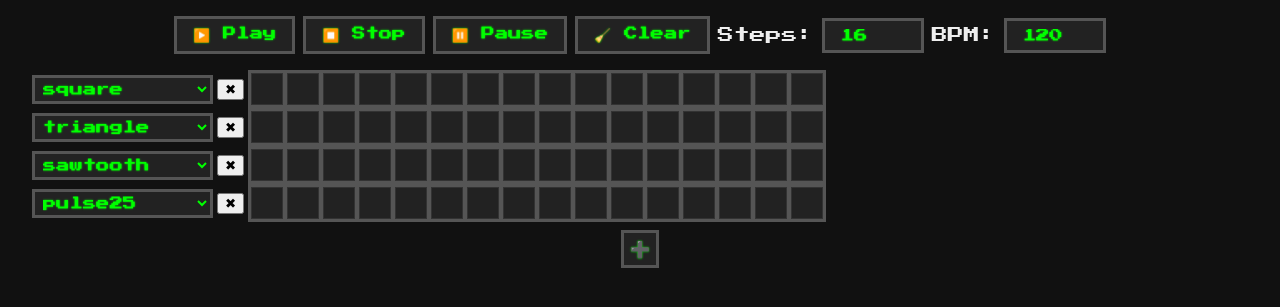
Repository: Aldentec/8-bit-Composer
Page: index.html
An editor plug-in stored every save of this project. The page is shown before and after the next save, followed by the edit.
The browser window is 1280 px wide. The pictures show the whole page.
Some web libraries are served in a nearby version.

Above is the page before, as saved 2025-05-28 15:52:41.

### index.html
<!DOCTYPE html>
<html lang="en">
<head>
  <meta charset="UTF-8">
  <title>8-Bit Composer</title>
  <link rel="stylesheet" href="style.css">
</head>
<body>
    <div id="controls">
        <button id="play">▶️ Play</button>
        <button id="stop">⏹️ Stop</button>
        <button id="pause">⏸️ Pause</button>
        <button id="clear">🧹 Clear</button>

        <label for="steps-input">Steps:</label>
        <input id="steps-input" type="number" min="1" value="16" style="width:4rem;">

        <label for="bpm-input">BPM:</label>
        <input id="bpm-input" type="number" min="1" max="300" value="120" style="width:4rem;">
    </div>

  <div id="grid"></div>

  <!-- Tone.js as global, then our modules -->
  <script src="node_modules/tone/build/Tone.js"></script>
  <script type="module" src="js/main.js"></script>
</body>
</html>

### style.css
/* ------------------------------
   Retro 8-Bit Theme
   ------------------------------ */

/* Use a pixel-style font; include via Google Fonts or host locally */
@import url('https://fonts.googleapis.com/css2?family=Press+Start+2P&display=swap');

body {
  background: #111 url('data:[embedded picture, 57 characters]' /* tiny noise */) repeat;
  color: #eee;
  font-family: 'Press Start 2P', monospace;
  margin: 1rem;
  text-align: center;
}

/* Controls bar */
#controls {
  display: flex;
  flex-wrap: wrap;
  gap: 0.5rem;
  justify-content: center;
  align-items: center;
  margin-bottom: 1rem;
}
#controls button,
#controls input,
#controls select {
  background: #222;
  border: 3px solid #555;
  border-radius: 0;
  padding: 0.5rem 1rem;
  font-family: inherit;
  color: #0f0;
  text-shadow: 0 0 2px #0f0;
  cursor: pointer;
}
#controls button:hover,
#controls input:hover,
#controls select:hover {
  background: #333;
  border-color: #0f0;
}

#controls button {
  background: #222;
  border: 3px solid #555;
  color: #0f0;
  font-family: inherit;
  padding: 0.5rem 1rem;
  cursor: pointer;
  transition: background 0.1s, border-color 0.1s;
}

/* Active state */
#controls button.active {
  background: #0f0;
  border-color: #0f0;
  color: #000;
  box-shadow: inset 0 0 5px #0f0;
}

/* Note picker */
#note-picker-container {
  margin-bottom: 1rem;
}
#note-picker-container select {
  width: auto;
  background: #222;
  border: 3px solid #555;
  color: #0f0;
  text-shadow: 0 0 2px #0f0;
}

/* Grid container */
#grid {
  width: 100%;
  max-width: 100%;
  overflow-x: auto;          /* horizontal scroll if needed */
  box-sizing: border-box;
  padding: 0 1rem;           /* optional padding so cells don’t butt the viewport */
  margin: 0 auto;
}

/* Each row: dropdown + cells */
.grid-row {
  display: grid;
  width: max-content;        /* only as wide as its cells */
  column-gap: 4px;
  align-items: center;
  grid-auto-flow: column;    /* you already set grid-template-columns inline */
}

/* Instrument dropdown */
.instrument-select {
  background: #222;
  border: 3px solid #555;
  font-family: inherit;
  color: #0f0;
  text-shadow: 0 0 2px #0f0;
  padding: 4px;
}

/* Sequencer cell */
.cell {
  width: 2rem;
  height: 2rem;
  background: #222;
  border: 3px solid #555;
  box-shadow: inset 0 0 0 1px #333;
  cursor: pointer;

  /* pixelated text & alignment */
  display: flex;
  align-items: center;
  justify-content: center;
  font-size: 0.6rem;
  line-height: 1rem;
  font-family: inherit;
  color: #0f0;
  text-shadow: 0 0 1px #0f0;
  user-select: none;
}
.cell.active {
  background: #000;
  border-color: #0f0;
  box-shadow: inset 0 0 0 2px #0f0;
}
.cell:hover {
  border-color: #0f0;
}

/* Add-row button */
.add-row {
  width: 2rem;
  height: 2rem;
  margin: 0.5rem auto 0;
  background: #222;
  border: 3px solid #555;
  color: #0f0;
  text-shadow: 0 0 2px #0f0;
  display: flex;
  align-items: center;
  justify-content: center;
  cursor: pointer;
}
.add-row:hover {
  background: #000;
  border-color: #0f0;
}

/* Scrollbar styling for webkit */
#grid::-webkit-scrollbar {
  height: 8px;
}
#grid::-webkit-scrollbar-track {
  background: #111;
}
#grid::-webkit-scrollbar-thumb {
  background: #444;
  border: 2px solid #222;
  border-radius: 4px;
}

### js/main.js
// js/main.js

import {
  initGrid,
  clearGrid,
  INSTRUMENT_OPTIONS
} from './grid.js';
import { createVoices }      from './voices.js';
import { initSequencer }     from './sequencer.js';

document.addEventListener('DOMContentLoaded', () => {
  // 1) Initial rows: pick your first four defaults from the full options
  let instrumentNames = INSTRUMENT_OPTIONS.slice(0, 4);

  // 2) UI controls
  const playBtn  = document.getElementById('play');
  const pauseBtn = document.getElementById('pause');
  const stopBtn  = document.getElementById('stop');
  const clearBtn = document.getElementById('clear');
  const stepsIn  = document.getElementById('steps-input');
  const bpmIn    = document.getElementById('bpm-input');

  let voices = [];  // will hold our trigger functions

  // 3) Build or rebuild the grid + sequencer
  function build(steps, bpm) {
    // a) draw the grid (dropdowns + cells)
    initGrid('grid', instrumentNames, steps);

    // b) create voices in the same order as rows
    voices = createVoices(instrumentNames);

    // c) reset the Transport
    Tone.Transport.stop();
    Tone.Transport.cancel();
    Tone.Transport.position = 0;
    Tone.Transport.bpm.value = bpm;

    // d) schedule the sequencer
    initSequencer(voices);

    // e) button state reset
    playBtn.disabled  = false;
    pauseBtn.disabled = true;
    stopBtn.disabled  = true;
  }

  // 4) Initial build (16 steps @ 120 BPM)
  build(Number(stepsIn.value), Number(bpmIn.value));

  // 5) Play / Pause / Stop / Clear
  playBtn.addEventListener('click', async () => {
  await Tone.start();
  Tone.Transport.stop();
  Tone.Transport.position = 0;
  Tone.Transport.start();

  // highlight buttons
  playBtn.classList.add('active');
  pauseBtn.classList.remove('active');
  stopBtn.classList.remove('active');

  playBtn.disabled  = true;
  pauseBtn.disabled = false;
  stopBtn.disabled  = false;
});

  pauseBtn.addEventListener('click', () => {
  Tone.Transport.pause();

  // highlight buttons
  pauseBtn.classList.add('active');
  playBtn.classList.remove('active');
  stopBtn.classList.remove('active');

  playBtn.disabled  = false;
  pauseBtn.disabled = true;
  stopBtn.disabled  = false;
});

  stopBtn.addEventListener('click', () => {
  Tone.Transport.stop();
  Tone.Transport.position = 0;

  // clear highlights
  playBtn.classList.remove('active');
  pauseBtn.classList.remove('active');
  stopBtn.classList.add('active');

  playBtn.disabled  = false;
  pauseBtn.disabled = true;
  stopBtn.disabled  = true;
});

  clearBtn.addEventListener('click', () => {
    clearGrid();
    Tone.Transport.stop();
    Tone.Transport.position = 0;

    playBtn.classList.remove('active');
    pauseBtn.classList.remove('active');
    stopBtn.classList.remove('active');

    playBtn.disabled  = false;
    pauseBtn.disabled = true;
    stopBtn.disabled  = true;
  });

  // 6) Steps change → rebuild everything
  stepsIn.addEventListener('change', () => {
    const s = Math.max(1, Number(stepsIn.value) || 1);
    build(s, Number(bpmIn.value));
  });

  // 7) BPM change → live tempo update
  bpmIn.addEventListener('change', () => {
    const b = Math.max(1, Math.min(300, Number(bpmIn.value) || 120));
    Tone.Transport.bpm.value = b;
  });

  document.addEventListener('addRowClicked', () => {
    // append a new row with default instrument
    instrumentNames.push(INSTRUMENT_OPTIONS[0]);
    // rebuild grid & sequencer
    build(Number(stepsIn.value), Number(bpmIn.value));
  });

  // 8) Instrument dropdown change → update that row’s voice only
  document.addEventListener('instrumentChanged', ({ detail: { row, type } }) => {
    // update the array
    instrumentNames[row] = type;

    // rebuild voices to reflect the new type
    voices = createVoices(instrumentNames);

    // re-schedule the transport so new voice takes effect
    Tone.Transport.stop();
    Tone.Transport.cancel();
    Tone.Transport.position = 0;
    initSequencer(voices);
  });

  document.addEventListener('removeRowClicked', ({ detail: { row } }) => {
  // Remove that instrument
  instrumentNames.splice(row, 1);
  // Rebuild grid & sequencer
  build(Number(stepsIn.value), Number(bpmIn.value));
});
});

### js/grid.js
// js/grid.js

// Sequencer dimensions and state (set in initGrid)
export let STEPS     = 16;
export let CHANNELS  = 0;
export let gridState = [];   // boolean on/off per [row][step]
export let noteState = [];   // note string per [row][step]

/**
 * A master list of all available instrument types for the dropdowns.
 */
export const INSTRUMENT_OPTIONS = [
  'square','triangle','sawtooth','pulse25','pulse50','pulse75',
  'fmsynth','amsynth','metal','membrane','noise-white','noise-pink',
  'drum-kick','drum-snare','drum-tom','drum-hat'
];

/**
 * Renders a scrollable sequencer grid with:
 *  • a dropdown per row for instrument selection
 *  • a ✖ “remove” button next to each dropdown
 *  • left-click toggles a cell on/off, stamping it with its note (default "C4")
 *  • right-click prompts to edit that cell’s note
 *  • a “➕” button below to add more rows
 *
 * Preserves existing gridState/noteState when rows or steps change.
 *
 * @param {string} containerId       id of the <div> to fill
 * @param {string[]} instrumentTypes initial instrument type per row
 * @param {number} steps             number of columns
 */
export function initGrid(containerId, instrumentTypes = [], steps = 16) {
  // Merge old state
  const oldGrid = gridState;
  const oldNotes = noteState;
  const oldRows = oldGrid.length;
  const oldCols = oldGrid[0]?.length || 0;

  CHANNELS = instrumentTypes.length;
  STEPS    = steps;

  // Rebuild gridState & noteState merging old values
  gridState = Array.from({ length: CHANNELS }, (_, r) =>
    Array.from({ length: STEPS }, (_, c) =>
      r < oldRows && c < oldCols ? oldGrid[r][c] : false
    )
  );
  noteState = Array.from({ length: CHANNELS }, (_, r) =>
    Array.from({ length: STEPS }, (_, c) =>
      r < oldRows && c < oldCols ? oldNotes[r][c] : 'C4'
    )
  );

  const container = document.getElementById(containerId);
  container.innerHTML = '';

  instrumentTypes.forEach((initialType, row) => {
    const rowEl = document.createElement('div');
    rowEl.className = 'grid-row';
    // columns: dropdown, remove-btn, then STEPS cells
    rowEl.style.gridTemplateColumns = `auto auto repeat(${STEPS}, 2rem)`;

    // 1) Instrument dropdown
    const select = document.createElement('select');
    select.className = 'instrument-select';
    INSTRUMENT_OPTIONS.forEach(type => {
      const opt = document.createElement('option');
      opt.value = type;
      opt.textContent = type;
      if (type === initialType) opt.selected = true;
      select.append(opt);
    });
    select.addEventListener('change', e => {
      document.dispatchEvent(new CustomEvent('instrumentChanged', {
        detail: { row, type: e.target.value }
      }));
    });
    rowEl.append(select);

    // 2) Remove-row button
    const removeBtn = document.createElement('button');
    removeBtn.className = 'remove-row-btn';
    removeBtn.textContent = '✖';
    removeBtn.title = 'Remove this row';
    removeBtn.addEventListener('click', e => {
      e.stopPropagation(); // don't toggle a cell!
      document.dispatchEvent(new CustomEvent('removeRowClicked', {
        detail: { row }
      }));
    });
    rowEl.append(removeBtn);

    // 3) Sequencer cells
    for (let step = 0; step < STEPS; step++) {
      const cell = document.createElement('div');
      cell.className = 'cell';
      cell.dataset.row  = row;
      cell.dataset.step = step;
      // restore UI if previously active
      if (gridState[row][step]) {
        cell.classList.add('active');
        cell.textContent = noteState[row][step];
      }

      // left-click: toggle and stamp note
      cell.addEventListener('click', () => {
        if (!gridState[row][step]) {
          gridState[row][step] = true;
          cell.classList.add('active');
          cell.textContent = noteState[row][step];
        } else {
          gridState[row][step] = false;
          cell.classList.remove('active');
          cell.textContent = '';
        }
      });

      // right-click: prompt to edit the note
      cell.addEventListener('contextmenu', e => {
        e.preventDefault();
        const current = noteState[row][step];
        const newNote = prompt('Enter note (e.g. C4, A#3):', current);
        if (newNote) {
          noteState[row][step] = newNote;
          if (gridState[row][step]) {
            cell.textContent = newNote;
          }
        }
      });

      rowEl.append(cell);
    }

    container.append(rowEl);
  });

  // ➕ Add-row button below the grid
  const addRowEl = document.createElement('div');
  addRowEl.className = 'add-row';
  addRowEl.textContent = '➕';
  addRowEl.title = 'Add a row';
  addRowEl.addEventListener('click', () => {
    document.dispatchEvent(new Event('addRowClicked'));
  });
  container.append(addRowEl);
}

/**
 * Clears all active steps in both state and UI.
 */
export function clearGrid() {
  gridState.forEach(rowArr => rowArr.fill(false));
  document.querySelectorAll('.cell.active').forEach(cell => {
    cell.classList.remove('active');
    cell.textContent = '';
  });
}

### js/voices.js
// js/voices.js

/**
 * Given an array of instrument‐type strings, returns
 * a trigger function for each row that takes (time, note).
 * Synths are pre-created and re-used to avoid GC/CPU spikes.
 */
export function createVoices(instrumentTypes) {
  const env = { attack:0.01, decay:0.1, sustain:0.5, release:0.1 };

  // 1) Create one synth or sampler instance per row
  const synths = instrumentTypes.map(type => {
    switch(type) {
      case 'square':
        // a simple monosynth for square waves
        return new Tone.Synth({
          oscillator:{ type:'square' },
          envelope:    env
        }).toDestination();

      case 'triangle':
        return new Tone.Synth({
          oscillator:{ type:'triangle' },
          envelope:    env
        }).toDestination();

      case 'sawtooth':
        return new Tone.Synth({
          oscillator:{ type:'sawtooth' },
          envelope:    env
        }).toDestination();

      case 'pulse25':
      case 'pulse50':
      case 'pulse75': {
        const width = type==='pulse25'?0.25:type==='pulse50'?0.5:0.75;
        return new Tone.Synth({
          oscillator:{ type:'pulse', width },
          envelope:    env
        }).toDestination();
      }

      case 'fmsynth':
        return new Tone.FMSynth({ modulationIndex:12, envelope: env })
          .toDestination();

      case 'amsynth':
        return new Tone.AMSynth({ harmonicity:3, envelope:env })
          .toDestination();

      case 'metal':
        return new Tone.MetalSynth({ envelope: env })
          .toDestination();

      case 'membrane':
        return new Tone.MembraneSynth({
          envelope:{ attack:0.001, decay:0.4, sustain:0, release:1 }
        }).toDestination();

      case 'noise-white':
        return new Tone.NoiseSynth({
          noise:    { type:'white' },
          envelope: { attack:0.001, decay:0.2, sustain:0 }
        }).toDestination();

      case 'noise-pink':
        return new Tone.NoiseSynth({
          noise:    { type:'pink' },
          envelope: { attack:0.001, decay:0.2, sustain:0 }
        }).toDestination();

      case 'drum-kick':
      case 'drum-snare':
      case 'drum-tom':
      case 'drum-hat':
        // use a single Sampler for any drum type
        return new Tone.Sampler({
          urls: {
            C1: `${type}.wav`
          },
          baseUrl: '/samples/drums/',
          onload: () => console.log(`${type} loaded`)
        }).toDestination();

      default:
        // silent fallback
        return { triggerAttackRelease: () => {} };
    }
  });

  // 2) Return the trigger functions
  return synths.map((synth, i) => {
    const type = instrumentTypes[i];
    return (time, note) => {
      if (synth instanceof Tone.Sampler) {
        // drums ignore pitch: just trigger C1 at time
        synth.triggerAttack('C1', time);
      } else {
        // note is like "C4","D#3", etc.
        synth.triggerAttackRelease(note, '16n', time);
      }
    };
  });
}

### js/sequencer.js
// js/sequencer.js

import { STEPS, gridState, noteState } from './grid.js';

let repeatId = null;

/**
 * Initializes the sequencer:
 *  - Sets the Transport BPM
 *  - Clears any existing schedule
 *  - Schedules a 16th-note repeat that:
 *      • computes the current step
 *      • checks gridState[row][step]
 *      • if active, calls trigger(time, noteState[row][step])
 *
 * @param {Function[]} voices  Array of (time, note) => void trigger functions
 * @param {number} bpm         Tempo in beats per minute
 */
export function initSequencer(voices, bpm = 120) {
  // 1) set tempo
  Tone.Transport.bpm.value = bpm;

  // 2) clear any existing scheduled callback
  if (repeatId !== null) {
    Tone.Transport.clear(repeatId);
    repeatId = null;
  }

  // 3) schedule a single repeat on 16th notes
  repeatId = Tone.Transport.scheduleRepeat((time) => {
    // compute current step based on ticks
    const step = Math.floor(Tone.Transport.ticks / (Tone.Transport.PPQ / 4)) % STEPS;

    voices.forEach((trigger, row) => {
      if (gridState[row][step]) {
        const note = noteState[row][step];
        trigger(time, note);
      }
    });
  }, '16n');
}

/**
 * Binds a Play/Pause toggle to a button.
 * @param {string} buttonId  ID of the button element
 */
export function bindPlayButton(buttonId) {
  const btn = document.getElementById(buttonId);
  btn.textContent = '▶️ Play';
  btn.addEventListener('click', async () => {
    await Tone.start();
    if (Tone.Transport.state === 'started') {
      Tone.Transport.stop();
      btn.textContent = '▶️ Play';
    } else {
      Tone.Transport.start();
      btn.textContent = '⏸️ Pause';
    }
  });
}

After the next save:
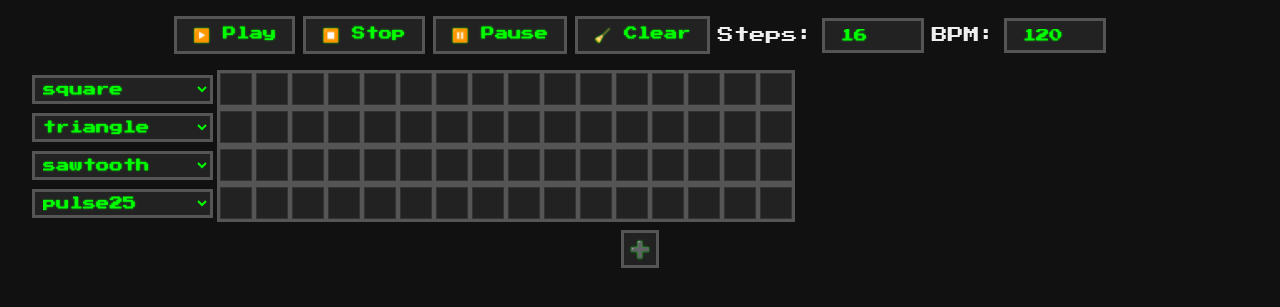
Saved 22 min 59 s later.
--- a/js/grid.js
+++ b/js/grid.js
@@ -3,51 +3,68 @@
 // Sequencer dimensions and state (set in initGrid)
 export let STEPS     = 16;
 export let CHANNELS  = 0;
-export let gridState = [];   // boolean on/off per [row][step]
-export let noteState = [];   // note string per [row][step]
+export let gridState = [];  // boolean on/off per [row][step]
+export let noteState = [];  // note string per [row][step]
 
 /**
- * A master list of all available instrument types for the dropdowns.
+ * Master instrument list for dropdowns.
  */
 export const INSTRUMENT_OPTIONS = [
   'square','triangle','sawtooth','pulse25','pulse50','pulse75',
-  'fmsynth','amsynth','metal','membrane','noise-white','noise-pink',
+  'fmsynth','amsynth','metal','membrane',
+  'noise-white','noise-pink',
   'drum-kick','drum-snare','drum-tom','drum-hat'
 ];
 
 /**
- * Renders a scrollable sequencer grid with:
- *  • a dropdown per row for instrument selection
- *  • a ✖ “remove” button next to each dropdown
- *  • left-click toggles a cell on/off, stamping it with its note (default "C4")
- *  • right-click prompts to edit that cell’s note
- *  • a “➕” button below to add more rows
- *
- * Preserves existing gridState/noteState when rows or steps change.
- *
- * @param {string} containerId       id of the <div> to fill
- * @param {string[]} instrumentTypes initial instrument type per row
- * @param {number} steps             number of columns
+ * Intervals in semitones for each scale type.
+ */
+const SCALE_INTERVALS = {
+  Major:        [0,2,4,5,7,9,11],
+  Minor:        [0,2,3,5,7,8,10],
+  Pentatonic:   [0,2,4,7,9],
+  Chromatic:    [0,1,2,3,4,5,6,7,8,9,10,11]
+};
+
+/**
+ * Convert "C#4" -> 61, and vice versa.
+ */
+function noteToMidi(n) { return Tone.Frequency(n).toMidi(); }
+function midiToNote(m) { return Tone.Frequency(m, 'midi').toNote(); }
+
+/**
+ * Checks if a given note (eg "C#4") lies in the user-selected key+scale.
+ */
+function isInScale(note) {
+  const key = document.getElementById('key-select').value;       // e.g. "C"
+  const scale = document.getElementById('scale-select').value;   // e.g. "Major"
+  const rootMidi = noteToMidi(key + '4') % 12;                   // root pitch class
+  const intervalClasses = SCALE_INTERVALS[scale] || SCALE_INTERVALS.Major;
+
+  const midi = noteToMidi(note);
+  const interval = (midi % 12 - rootMidi + 12) % 12;
+  return intervalClasses.includes(interval);
+}
+
+/**
+ * Renders the sequencer grid, preserving old state when possible.
  */
 export function initGrid(containerId, instrumentTypes = [], steps = 16) {
-  // Merge old state
-  const oldGrid = gridState;
-  const oldNotes = noteState;
-  const oldRows = oldGrid.length;
-  const oldCols = oldGrid[0]?.length || 0;
+  // merge old state
+  const oldG = gridState, oldN = noteState;
+  const oldR = oldG.length, oldC = oldG[0]?.length || 0;
 
   CHANNELS = instrumentTypes.length;
   STEPS    = steps;
 
-  // Rebuild gridState & noteState merging old values
   gridState = Array.from({ length: CHANNELS }, (_, r) =>
     Array.from({ length: STEPS }, (_, c) =>
-      r < oldRows && c < oldCols ? oldGrid[r][c] : false
+      r < oldR && c < oldC ? oldG[r][c] : false
     )
   );
   noteState = Array.from({ length: CHANNELS }, (_, r) =>
     Array.from({ length: STEPS }, (_, c) =>
-      r < oldRows && c < oldCols ? oldNotes[r][c] : 'C4'
+      r < oldR && c < oldC ? oldN[r][c] : 'C4'
     )
   );
 
@@ -57,18 +74,16 @@ export function initGrid(containerId, instrumentTypes = [], steps = 16) {
   instrumentTypes.forEach((initialType, row) => {
     const rowEl = document.createElement('div');
     rowEl.className = 'grid-row';
-    // columns: dropdown, remove-btn, then STEPS cells
-    rowEl.style.gridTemplateColumns = `auto auto repeat(${STEPS}, 2rem)`;
+    rowEl.style.gridTemplateColumns = `auto repeat(${STEPS}, 2rem)`;
 
-    // 1) Instrument dropdown
+    // instrument dropdown
     const select = document.createElement('select');
     select.className = 'instrument-select';
     INSTRUMENT_OPTIONS.forEach(type => {
-      const opt = document.createElement('option');
-      opt.value = type;
-      opt.textContent = type;
-      if (type === initialType) opt.selected = true;
-      select.append(opt);
+      const o = document.createElement('option');
+      o.value = o.textContent = type;
+      if (type === initialType) o.selected = true;
+      select.append(o);
     });
     select.addEventListener('change', e => {
       document.dispatchEvent(new CustomEvent('instrumentChanged', {
@@ -77,37 +92,29 @@ export function initGrid(containerId, instrumentTypes = [], steps = 16) {
     });
     rowEl.append(select);
 
-    // 2) Remove-row button
-    const removeBtn = document.createElement('button');
-    removeBtn.className = 'remove-row-btn';
-    removeBtn.textContent = '✖';
-    removeBtn.title = 'Remove this row';
-    removeBtn.addEventListener('click', e => {
-      e.stopPropagation(); // don't toggle a cell!
-      document.dispatchEvent(new CustomEvent('removeRowClicked', {
-        detail: { row }
-      }));
-    });
-    rowEl.append(removeBtn);
-
-    // 3) Sequencer cells
+    // sequencer cells
     for (let step = 0; step < STEPS; step++) {
       const cell = document.createElement('div');
       cell.className = 'cell';
       cell.dataset.row  = row;
       cell.dataset.step = step;
-      // restore UI if previously active
+      // restore UI
       if (gridState[row][step]) {
         cell.classList.add('active');
         cell.textContent = noteState[row][step];
       }
 
-      // left-click: toggle and stamp note
+      // left-click: toggle on/off, stamping note
       cell.addEventListener('click', () => {
         if (!gridState[row][step]) {
+          const note = noteState[row][step];
+          if (!isInScale(note)) {
+            alert(`${note} is not in ${document.getElementById('key-select').value} ${document.getElementById('scale-select').value} scale`);
+            return;
+          }
           gridState[row][step] = true;
           cell.classList.add('active');
-          cell.textContent = noteState[row][step];
+          cell.textContent = note;
         } else {
           gridState[row][step] = false;
           cell.classList.remove('active');
@@ -115,16 +122,18 @@ export function initGrid(containerId, instrumentTypes = [], steps = 16) {
         }
       });
 
-      // right-click: prompt to edit the note
+      // right-click: prompt to edit note
       cell.addEventListener('contextmenu', e => {
         e.preventDefault();
         const current = noteState[row][step];
         const newNote = prompt('Enter note (e.g. C4, A#3):', current);
         if (newNote) {
+          if (!isInScale(newNote)) {
+            alert(`${newNote} is not in ${document.getElementById('key-select').value} ${document.getElementById('scale-select').value} scale`);
+            return;
+          }
           noteState[row][step] = newNote;
-          if (gridState[row][step]) {
-            cell.textContent = newNote;
-          }
+          if (gridState[row][step]) cell.textContent = newNote;
         }
       });
 
@@ -134,7 +143,7 @@ export function initGrid(containerId, instrumentTypes = [], steps = 16) {
     container.append(rowEl);
   });
 
-  // ➕ Add-row button below the grid
+  // ➕ Add-row button
   const addRowEl = document.createElement('div');
   addRowEl.className = 'add-row';
   addRowEl.textContent = '➕';
@@ -149,9 +158,7 @@ export function initGrid(containerId, instrumentTypes = [], steps = 16) {
  * Clears all active steps in both state and UI.
  */
 export function clearGrid() {
-  gridState.forEach(rowArr => rowArr.fill(false));
-  document.querySelectorAll('.cell.active').forEach(cell => {
-    cell.classList.remove('active');
-    cell.textContent = '';
-  });
+  gridState.forEach(r => r.fill(false));
+  document.querySelectorAll('.cell.active')
+    .forEach(c => { c.classList.remove('active'); c.textContent = '' });
 }
